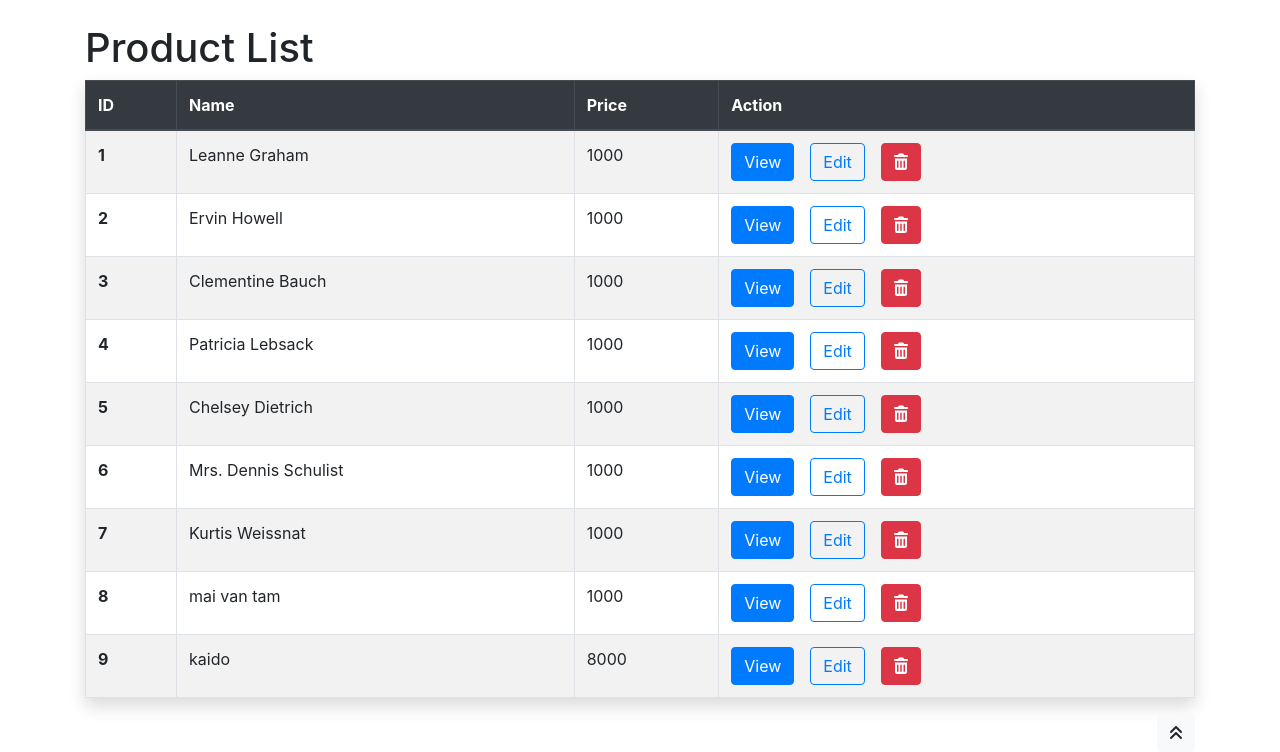
Repository: tammv/crud_product
Page: /manage-product
These files come from the project's save history. The page is drawn as it stood at one moment and after the next save; the edit follows.
The browser window is 1280 px wide. The pictures show the whole page.
The project was rebuilt for these pictures with package versions that can differ from the ones it lists, and the page was loaded fresh each time. Requests to the local data server were answered from the project's data file. Also part of the build but not shown: src/index.css, src/components/pages/NotFound.js, src/components/products/UpdateProduct.js, src/components/products/Product.js, src/components/products/AddProduct.js, src/components/layout/Navbar.js.

Above is the page before, as saved 2023-07-10 22:03:05.

After the next save:
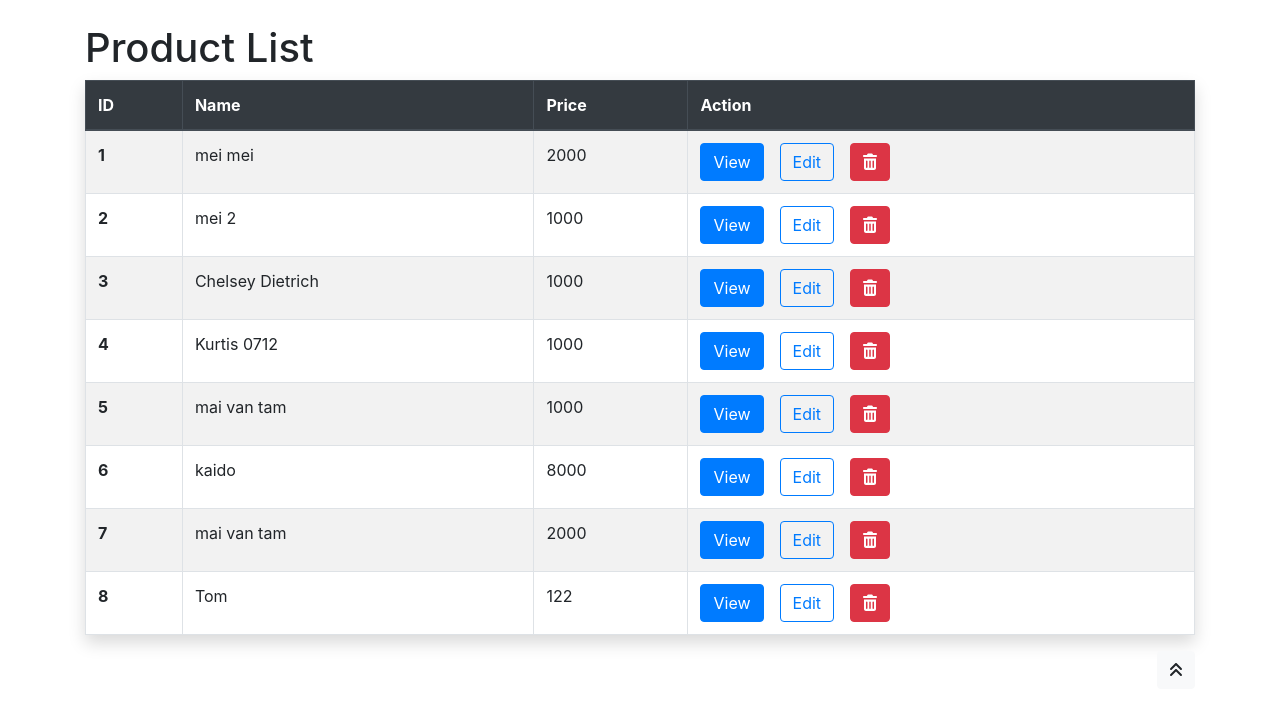
Saved 3 h 35 min later.
--- a/db.json
+++ b/db.json
@@ -2,22 +2,12 @@
   "products": [
     {
       "id": 1,
-      "name": "Leanne Graham",
-      "price": "1000"
+      "name": "mei mei",
+      "price": "2000"
     },
     {
       "id": 2,
-      "name": "Ervin Howell",
-      "price": "1000"
-    },
-    {
-      "id": 3,
-      "name": "Clementine Bauch",
-      "price": "1000"
-    },
-    {
-      "id": 4,
-      "name": "Patricia Lebsack",
+      "name": "mei 2",
       "price": "1000"
     },
     {
@@ -26,13 +16,8 @@
       "price": "1000"
     },
     {
-      "id": 6,
-      "name": "Mrs. Dennis Schulist",
-      "price": "1000"
-    },
-    {
       "id": 7,
-      "name": "Kurtis Weissnat",
+      "name": "Kurtis 0712",
       "price": "1000"
     },
     {
@@ -44,6 +29,22 @@
       "name": "kaido",
       "price": "8000",
       "id": 9
+    },
+    {
+      "name": "mai van tam",
+      "price": "2000",
+      "id": 10
+    },
+    {
+      "name": "Tom",
+      "price": "122",
+      "id": 12
+    }
+  ],
+  "users": [
+    {
+      "username": "admin",
+      "password": "12345"
     }
   ]
 }
